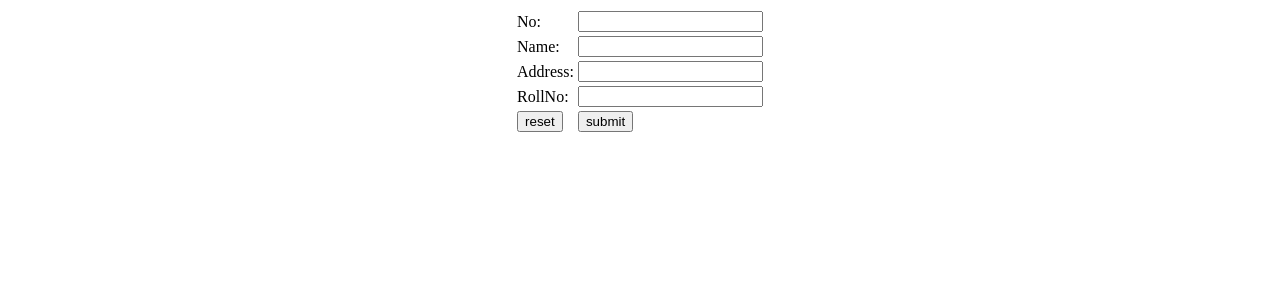
Repository: munnakumar046/eclipse-workspace
Page: DBApp/WebContent/form.html
These files come from the project's save history. The page is drawn as it stood at one moment and after the next save; the edit follows.
The browser window is 1280 px wide. The pictures show the whole page.
Pictures or frames that could not be fetched are drawn as grey boxes.

Above is the page before, as saved 2024-11-06 11:04:27.

### DBApp/WebContent/form.html

<form action="test" method="GET">

	<table align="center">

		<tr>
			<td>No:</td>
			<td><input type="text" name="t1"/></td>
		</tr>

		<tr>
			<td>Name:</td>
			<td><input type="text" name="t2"/></td>
		</tr>

		<tr>
			<td>Address:</td>
			<td><input type="text" name="t3"/></td>
		</tr>

		<tr>
			<td>RollNo:</td>
			<td><input type="text" name="t4"/></td>
		</tr>

		<tr>
			<td><input type="reset" value="reset"/></td>
			<td><input type="submit" value="submit"/></td>
		</tr>

	</table>

</form>

After the next save:
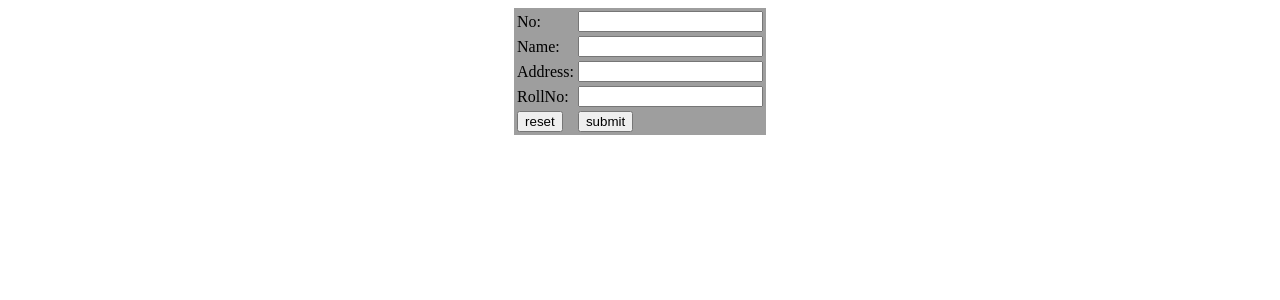
Saved 29 h 3 min later.
--- a/DBApp/WebContent/form.html
+++ b/DBApp/WebContent/form.html
@@ -1,7 +1,7 @@
 
 <form action="test" method="GET">
 
-	<table align="center">
+	<table align="center" background="red">
 
 		<tr>
 			<td>No:</td>
